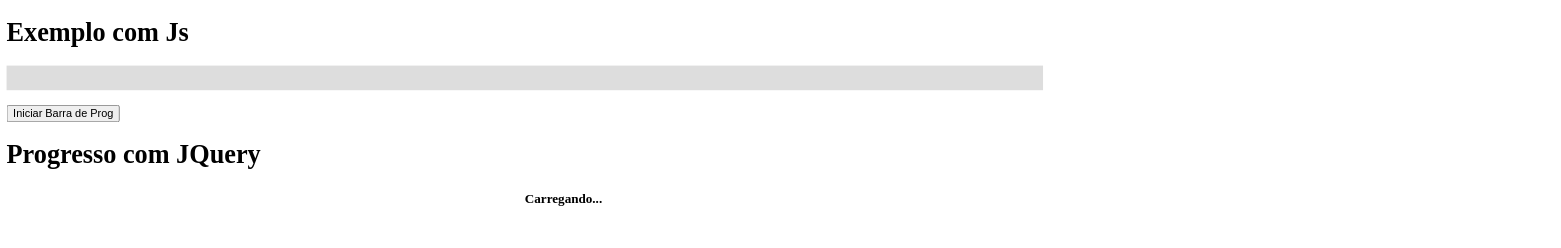
Repository: VictorGOrellana/RecursosJava
Page: http://localhost/curso.edu/pages/progressBar.jsp
These files come from the project's save history. The page is drawn as it stood at one moment and after the next save; the edit follows.
The browser window is 1280 px wide. The page is 1904 px wide, then 1280 px, so the pictures cover 1904 px, including what lies to the right of the window. The pictures show the whole page, at 82% of full size.
Some web libraries are served in a nearby version. The page is served by Tomcat 9. Nobody is signed in. The application's start-up code is not run. Other server files are loaded and not shown.

Above is the page before, as saved 2019-07-25 19:06:01.

### curso.edu/WebContent/pages/progressBar.jsp
<%@ page language="java" contentType="text/html; charset=ISO-8859-1"
	pageEncoding="ISO-8859-1"%>
<!DOCTYPE html>
<html>
<head>
<meta charset="ISO-8859-1">
<title>Barra de Progresso</title>
<link rel="stylesheet" href="//code.jquery.com/ui/1.12.1/themes/base/jquery-ui.css">

<script src ="https://code.jquery.com/jquery-3.4.1.min.js"></script>
<script src ="https://code.jquery.com/ui/1.12.1/jquery-ui.js"></script>

<style type="text/css">
#myProgress {
	width: 100%;
	background-color: #ddd;

}

#myBar {
	width: 0%;
	height: 30px;
	background-color: #4CAF50;

}

.ui.progressbar{
	position: relative;

}

.progress-label{
position: relative;
	left: 50%;
	top: 4px;
	font-weight: bold;
	text-shadow: 1px 1px 0 #fff;
}



</style>
</head>
<body>

	<h1>Exemplo com Js</h1>
		<div id="myProgress">
			<div id="myBar">
			</div>
		</div>
		<br/>

		<button onclick="exibirBarra()">Iniciar Barra de Prog</button>





		<br/>

		<h1>Progresso com JQuery</h1>

			<div id="progressbar">
				<div class="progress-label">
					Carregando...
				</div>
			</div>









		<script type="text/javascript">

		//script com JQuery
			$(function(){
				var progressbar = $("#progressbar"),
					progresslabel = $(".progress-label");

			})






		// Script barra com JS
		function exibirBarra(){
			var elem = document.getElementById("myBar");
			var width = 1;
			var id = setInterval(frame, 20 );

				function frame(){
					if(width >= 100){
						clearInterval(id);

					} else {
						width++;
						elem.style.width = width +"%";
					}

				}


		}
		</script>




</body>
</html>

After the next save:
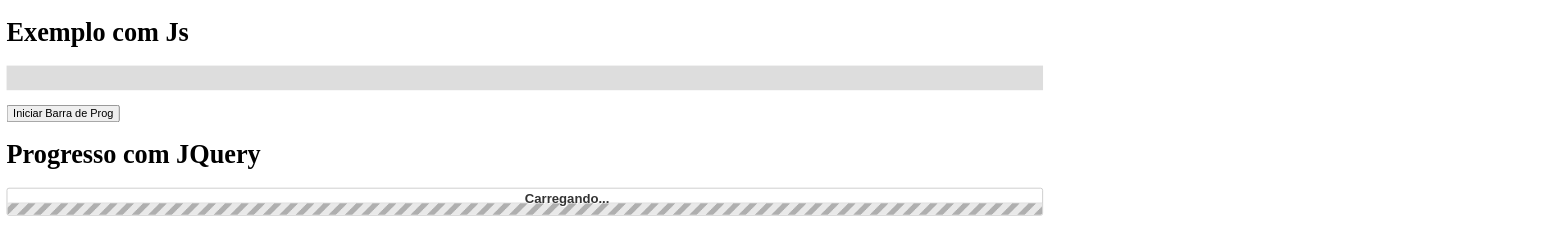
Saved 6 min 14 s later.
--- a/curso.edu/WebContent/pages/progressBar.jsp
+++ b/curso.edu/WebContent/pages/progressBar.jsp
@@ -81,6 +81,14 @@
 				var progressbar = $("#progressbar"),
 					progresslabel = $(".progress-label");
 
+
+				progressbar.progressbar({
+					value : false,
+					change : function(){
+						progresslabel.text (progressbar.progressbar('value')+"%")
+					}
+				})
+
 			})
 
 
